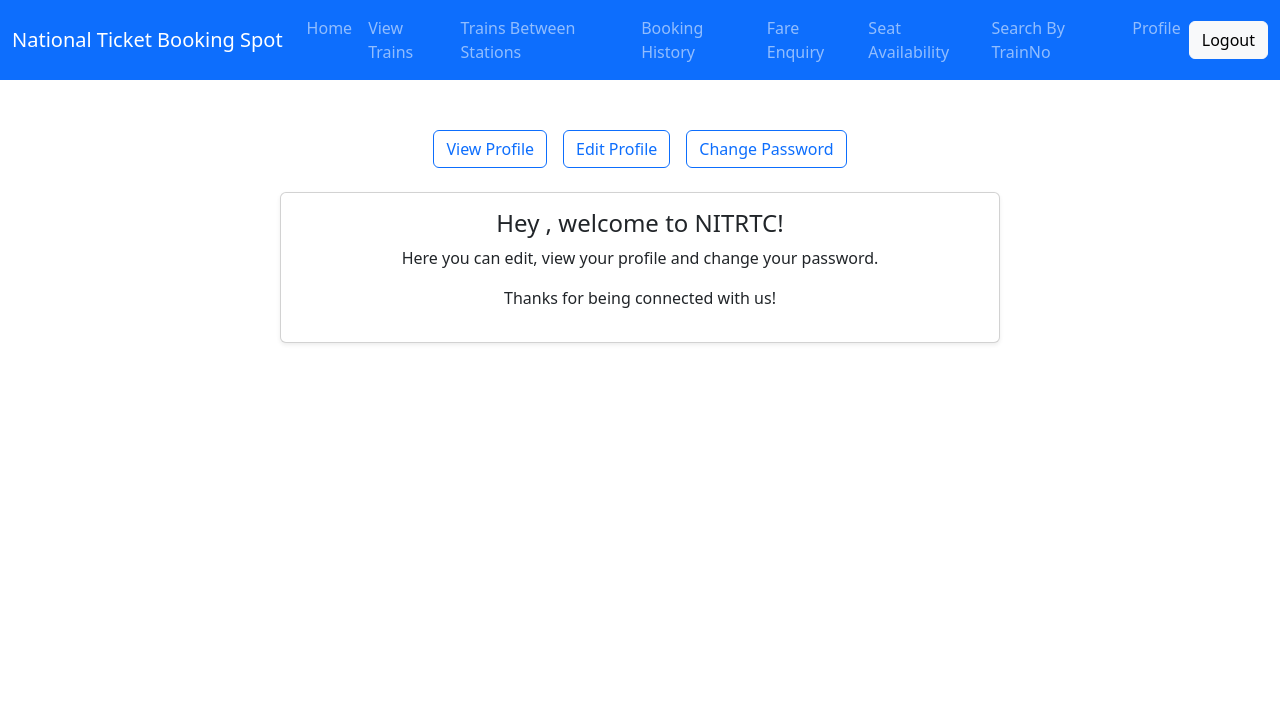
Repository: PrathamSahani/TMS-Sprint2
Page: http://localhost/TMS/UserHome.jsp
These files come from the project's save history. The page is drawn as it stood at one moment and after the next save; the edit follows.
The browser window is 1280 px wide. The pictures show the whole page.
The page is served by Tomcat 10.

Above is the page before, as saved 2025-04-25 18:57:03.

After the next save:
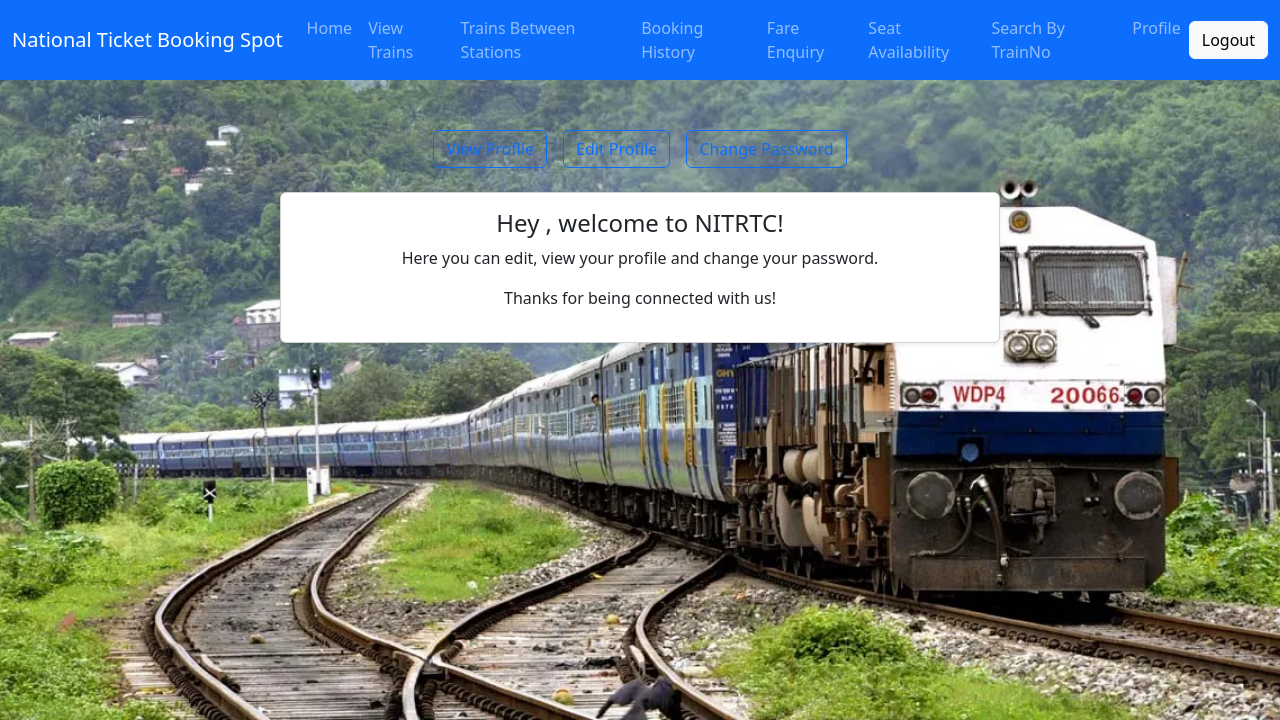
Saved 39 s later.
--- a/Update/TMS/src/main/webapp/UserHome.jsp
+++ b/Update/TMS/src/main/webapp/UserHome.jsp
@@ -6,6 +6,13 @@
   <title>Profile - National Ticket Booking Spot</title>
   <link href="https://cdn.jsdelivr.net/npm/bootstrap@5.3.0/dist/css/bootstrap.min.css" rel="stylesheet">
 </head>
+  <style>
+    body {
+      background: url('<%= request.getContextPath() %>/pppp.webp') no-repeat center center fixed;
+      background-size: cover;
+    }
+  </style>
+
 <body class="d-flex flex-column min-vh-100">
   <!-- Navbar -->
   <nav class="navbar navbar-expand-lg navbar-dark bg-primary">
